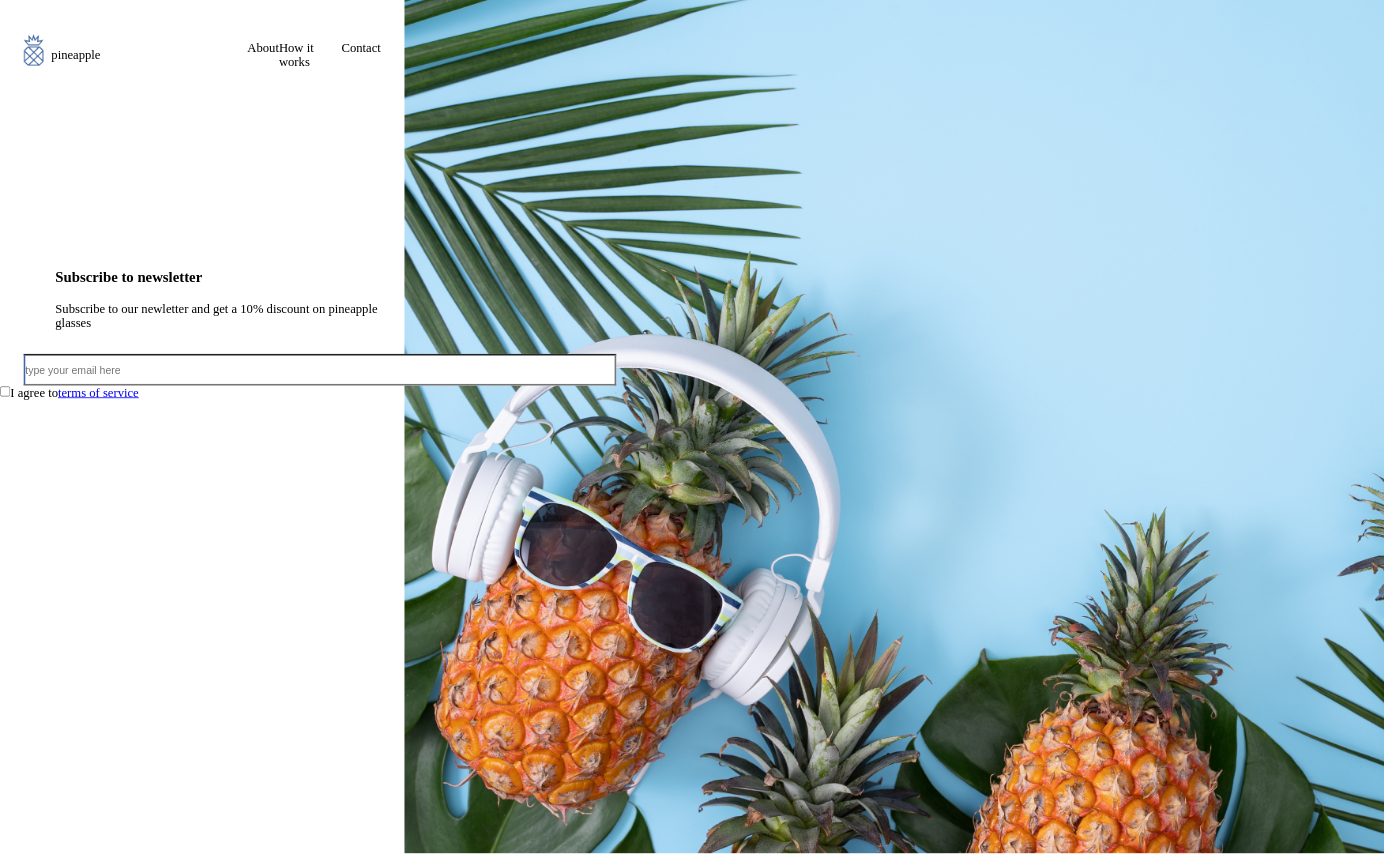
Repository: PaulsBebris/megabit-task
Page: /
An editor plug-in stored every save of this project. The page is shown before and after the next save, followed by the edit.
The browser window is 1280 px wide. The page is 1752 px wide, so the pictures cover 1752 px, including what lies to the right of the window. The pictures show the whole page, at 79% of full size.
The project was rebuilt for these pictures with package versions that can differ from the ones it lists, and the page was loaded fresh each time.

Above is the page before, as saved 2021-04-19 10:57:48.

After the next save:
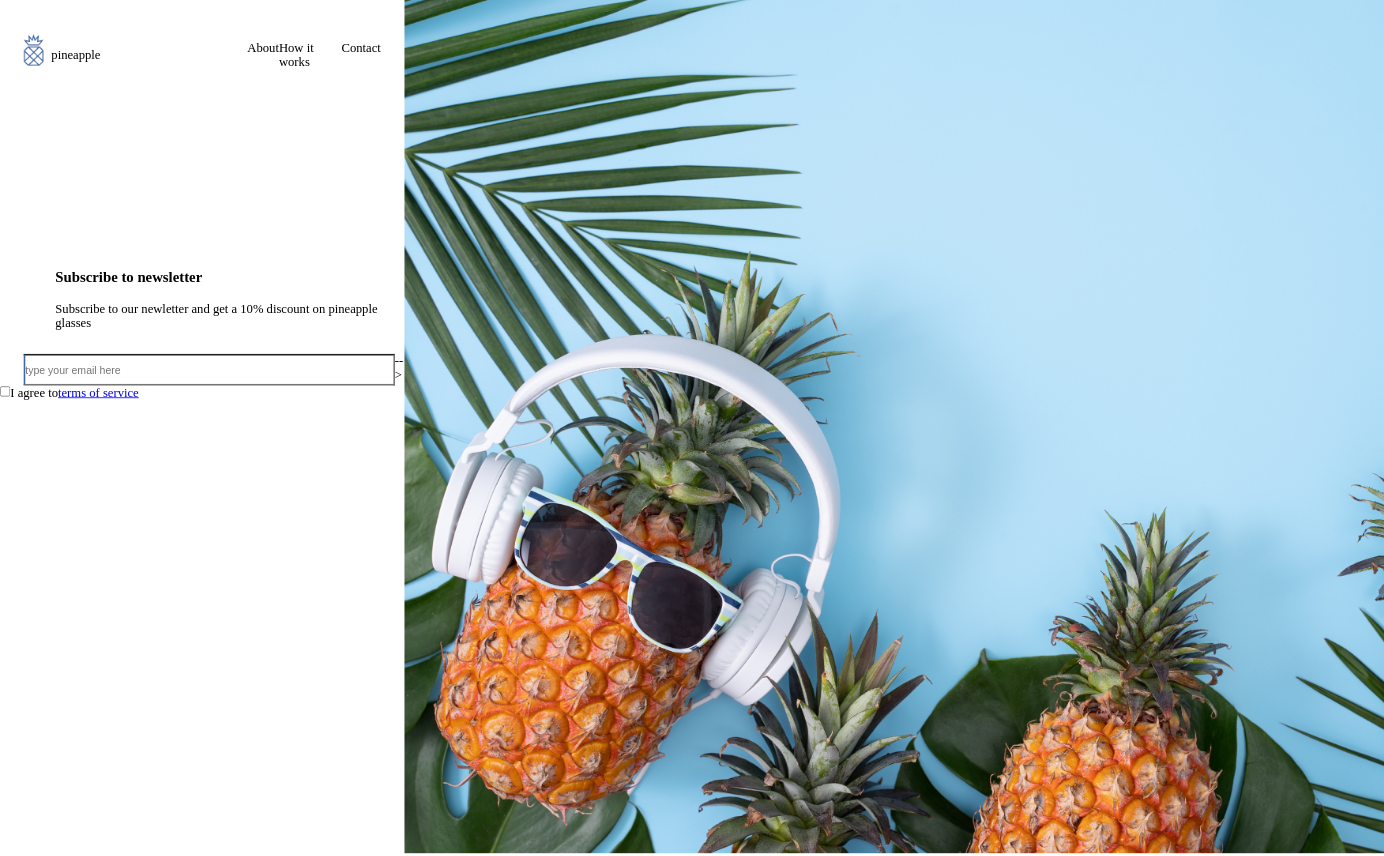
Saved 41 s later.
--- a/src/views/Home.vue
+++ b/src/views/Home.vue
@@ -105,7 +105,7 @@ export default {
 }
 .subscribe-form-wrapper {
   display: flex;
-  width: 850px;
+  // width: 850px;
 }
 .subscribe-form-wrapper input {
   border-left: 2px solid $blue;
